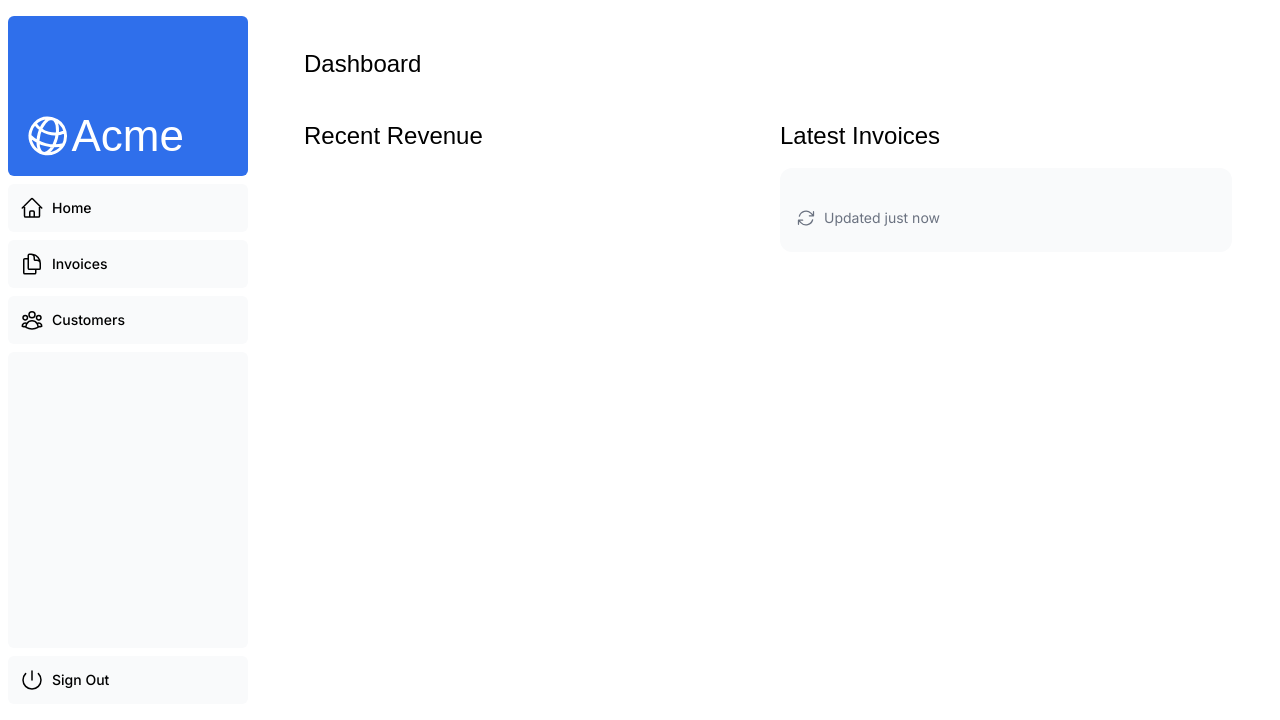
Repository: minzhenyu/nextjs-dashboard
Page: /dashboard
The author's editor kept a copy of each file at every save. The page is drawn from the files as they stood at one save, then again after the next save.
The browser window is 1280 px wide. The pictures show the whole page.
Some web fonts or font styles are not loaded; a fallback is used. The project was rebuilt for these pictures with package versions that can differ from the ones it lists, and the page was loaded fresh each time. The framework's server and built-in components were replaced by stand-ins that run in the browser. Also part of the build but not shown: next.config.ts, app/ui/skeletons.tsx.

Above is the page before, as saved 2024-11-22 15:33:25.

After the next save:
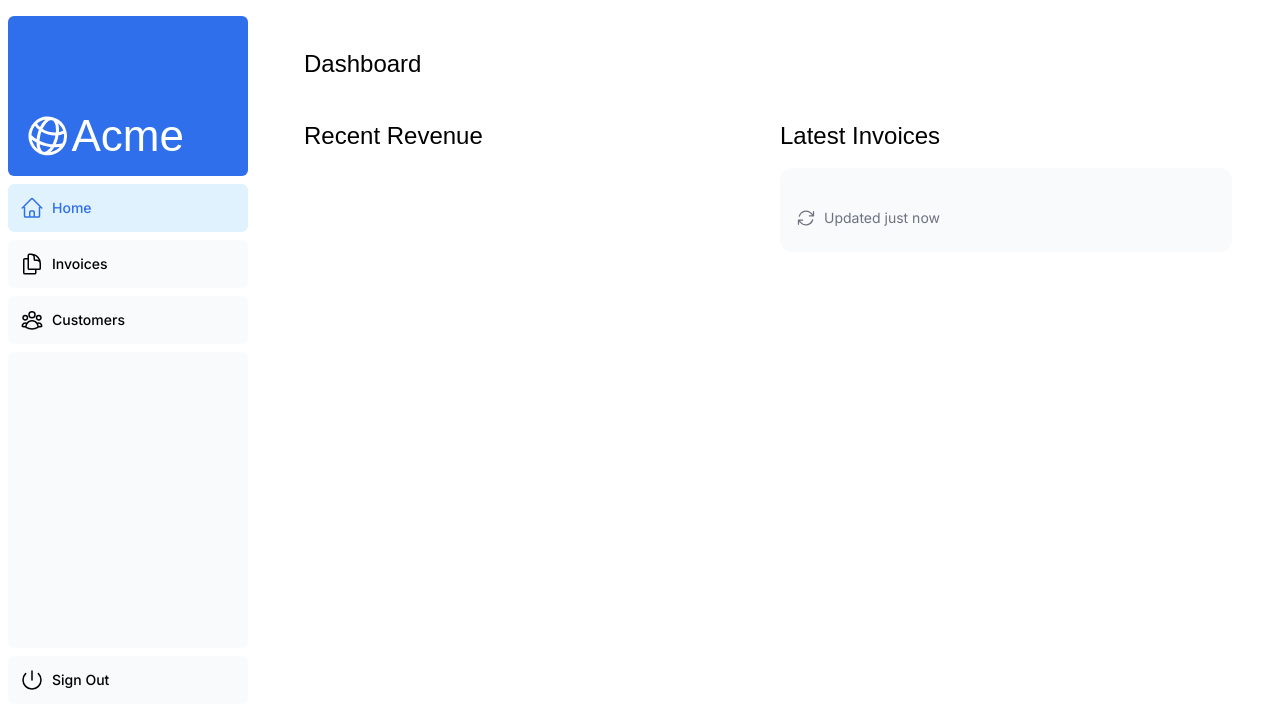
Saved 100 s later.
--- a/app/ui/dashboard/nav-links.tsx
+++ b/app/ui/dashboard/nav-links.tsx
@@ -7,6 +7,7 @@
 
 import Link from 'next/link';
 import { usePathname } from 'next/navigation';
+import clsx from 'clsx';
 
 // Map of links to display in the side navigation.
 // Depending on the size of the application, this would be stored in a database.
@@ -21,6 +22,7 @@
 ];
 
 export default function NavLinks() {
+  const pathname = usePathname();
   return (
     <>
       {links.map((link) => {
@@ -29,7 +31,12 @@
           <Link
             key={link.name}
             href={link.href}
-            className="flex h-[48px] grow items-center justify-center gap-2 rounded-md bg-gray-50 p-3 text-sm font-medium hover:bg-sky-100 hover:text-blue-600 md:flex-none md:justify-start md:p-2 md:px-3"
+            className={clsx(
+              'flex h-[48px] grow items-center justify-center gap-2 rounded-md bg-gray-50 p-3 text-sm font-medium hover:bg-sky-100 hover:text-blue-600 md:flex-none md:justify-start md:p-2 md:px-3',
+              {
+                'bg-sky-100 text-blue-600': pathname === link.href,
+              },
+            )}
           >
             <LinkIcon className="w-6" />
             <p className="hidden md:block">{link.name}</p>
